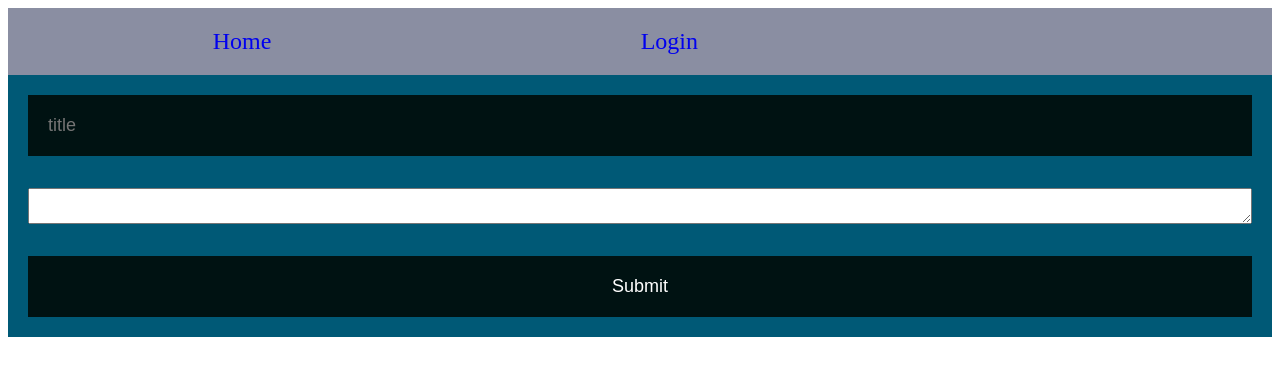
Repository: albinsabu2023/postapp
Page: /createpost
These files come from the project's save history. The page is drawn as it stood at one moment and after the next save; the edit follows.
The browser window is 1280 px wide. The pictures show the whole page.
The project was rebuilt for these pictures with package versions that can differ from the ones it lists, and the page was loaded fresh each time. Also part of the build but not shown: src/Components/Home.tsx, src/Components/Login.tsx.

Above is the page before, as saved 2024-02-05 11:26:32.

After the next save:
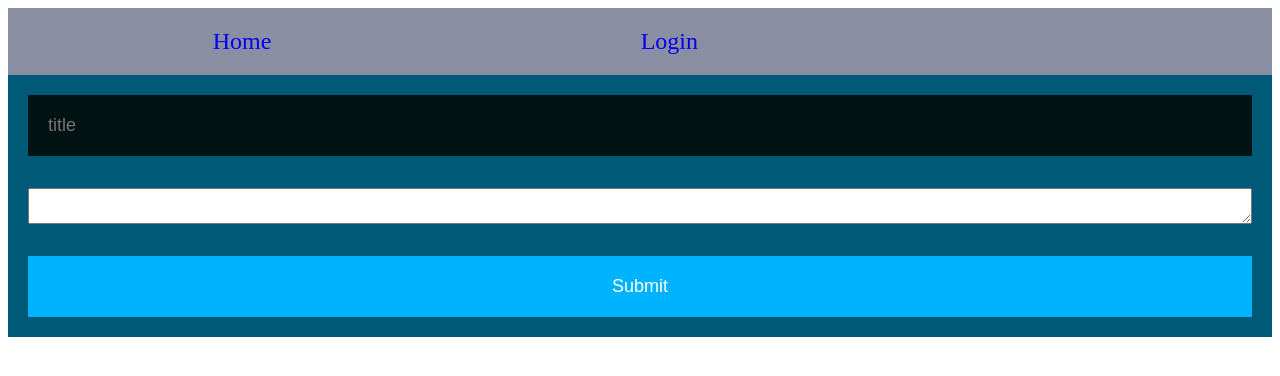
Saved 62 s later.
--- a/src/create-post/CreateForm.tsx
+++ b/src/create-post/CreateForm.tsx
@@ -1,5 +1,5 @@
 import React from 'react'
-
+import "./CreateForm.css"
 import {useForm} from  "react-hook-form"
 import { useAuthState } from 'react-firebase-hooks/auth'
 import {yupResolver} from "@hookform/resolvers/yup"
@@ -39,7 +39,7 @@ function CreateForm() {
         <p style={{color:"white"}}>{errors.title?.message}</p>
         <textarea maxLength={300} {...register("description")}/>
         <p style={{color:"white"}}>{errors.description?.message}</p>
-        <input type="submit"  />
+        <input className='submitButton' type="submit"  />
     </form>
   )
 }
